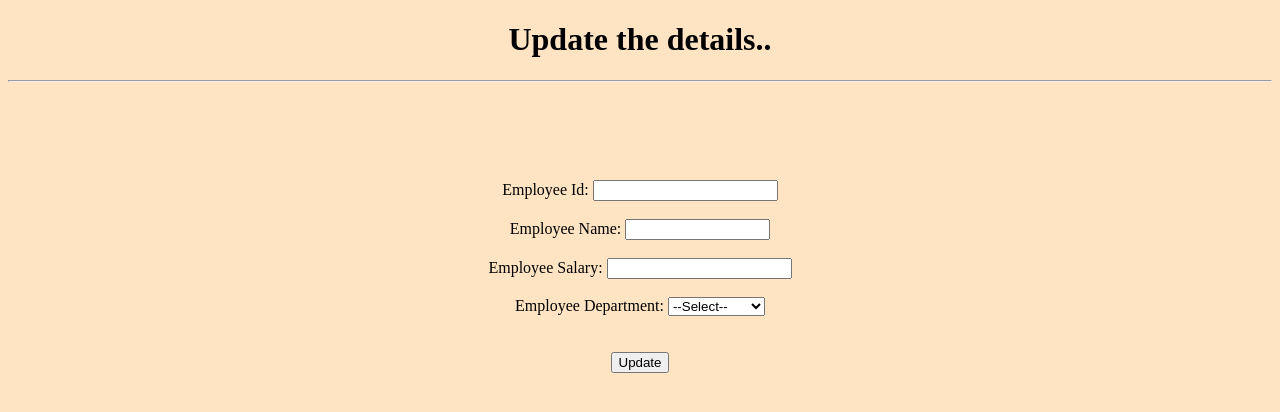
Repository: laikrish/day10
Page: http://localhost/EmployeeApp/updateEmployee.jsp
An editor plug-in stored every save of this project. The page is shown before and after the next save, followed by the edit.
The browser window is 1280 px wide. The pictures show the whole page.
The page is served by Tomcat 9. The template is opened directly, without the code that normally fills it, so the values that code supplies are empty.

Above is the page before, as saved 2018-09-08 11:50:41.

After the next save:
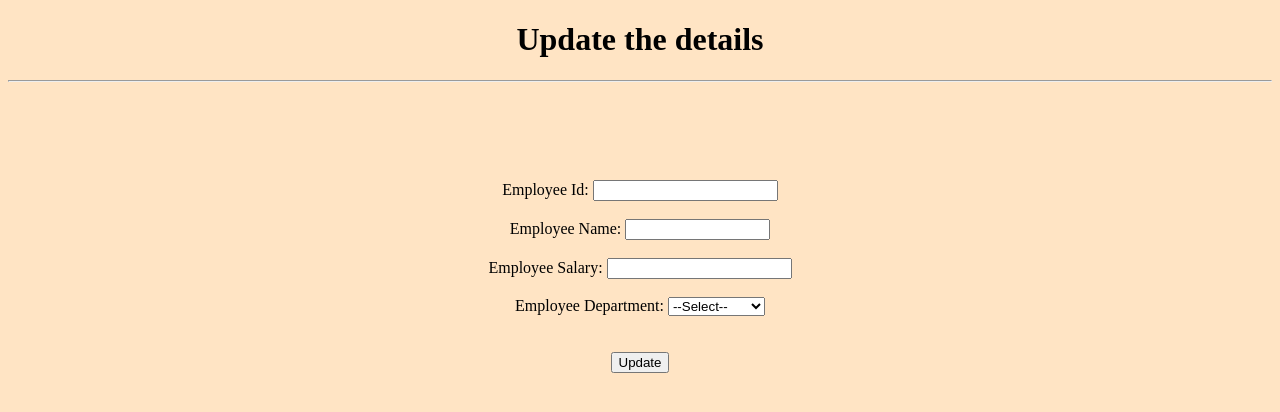
Saved 4 s later.
--- a/EmployeeApp/WebContent/updateEmployee.jsp
+++ b/EmployeeApp/WebContent/updateEmployee.jsp
@@ -7,7 +7,7 @@
 <title>Update Employee Details</title>
 </head>
 <body bgcolor=Bisque style="text-align:center">
-<h1>Update the details..</h1>
+<h1>Update the details</h1>
 <hr>
 <br><br>
 <form action="updateEmployee" method="post">
